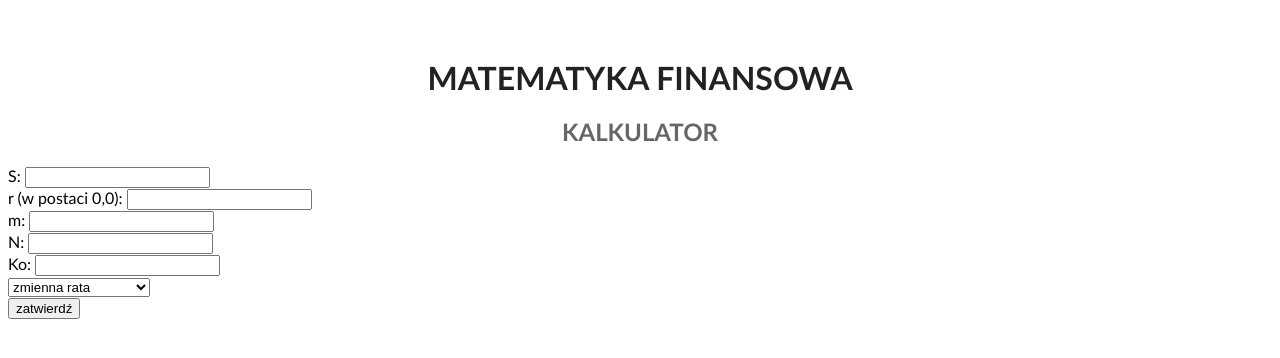
Repository: ravkita/MFCalc
Page: index.html
These files come from the project's save history. The page is drawn as it stood at one moment and after the next save; the edit follows.
The browser window is 1280 px wide. The pictures show the whole page.

Above is the page before, as saved 2021-04-12 19:20:47.

After the next save:
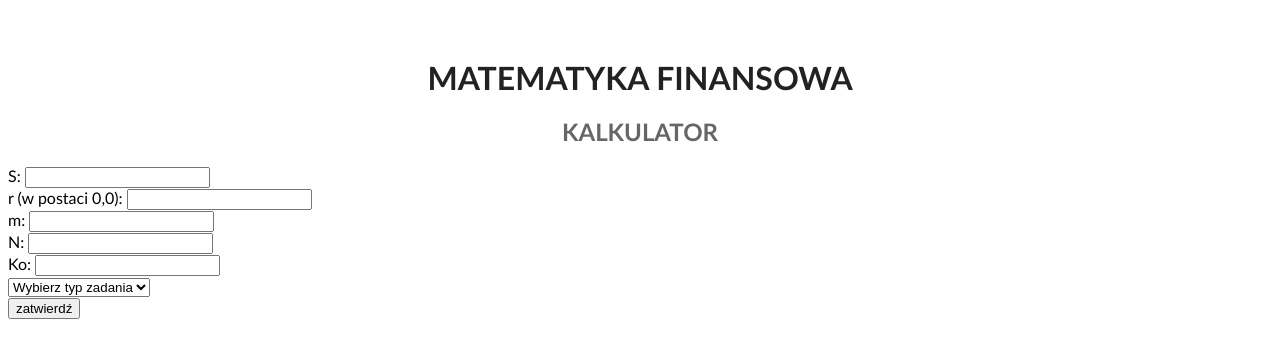
Saved 16 s later.
--- a/index.html
+++ b/index.html
@@ -42,11 +42,12 @@
         <div class="formItem"><label for="Ko">Ko:</label> <input type="number" name="Ko" class="Ko"></div>
         <div class="formItem">
             <select name="type" id="typ">
-            <option default disabled>Wybierz typ zadania</option>
+            <option default>Wybierz typ zadania</option>
             <option value="1">zmienna rata</option>
             <option value="2">zmienne płatności</option>
             <option value="3">narastanie kapitału</option>
-        </select></div>
+        </select>
+    </div>
 
 
 
